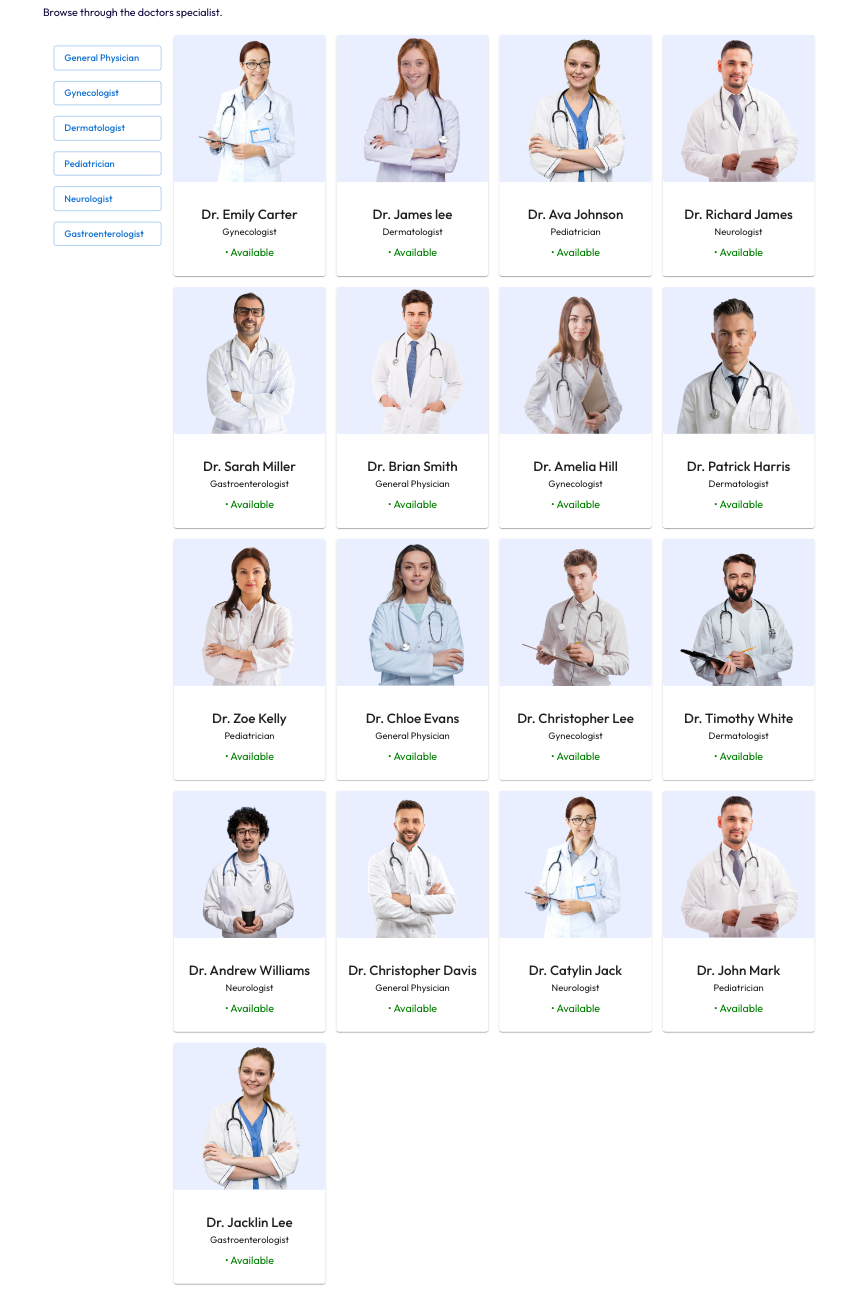
Repository: Ali-Dmerdash/DEPI_GRAD
Page: /
The author's editor kept a copy of each file at every save. The page is drawn from the files as they stood at one save, then again after the next save.
The browser window is 1280 px wide. The pictures show the whole page, at 67% of full size.
The project was rebuilt for these pictures with package versions that can differ from the ones it lists, and the page was loaded fresh each time. Also part of the build but not shown: vite.config.ts.

Above is the page before, as saved 2024-10-05 22:39:20.

### src/App.tsx
import "./App.css";
import "react-router-dom";
import { library } from "@fortawesome/fontawesome-svg-core";
import { fab } from "@fortawesome/free-brands-svg-icons";
import { fas } from "@fortawesome/free-solid-svg-icons";
import { far } from "@fortawesome/free-regular-svg-icons";
import Doctors from "./pages/doctors/index.tsx";

function App() {
  return (
    <>
      <Doctors />
    </>
  );
}

export default App;
library.add(fab, fas, far);

### src/index.css
@import url("https://fonts.googleapis.com/css2?family=Outfit:wght@100..900&display=swap");

body {
  font-family: "Outfit", sans-serif;
  color: var(--text-color);
}

:root {
  --primary-color: #07456f;
  --secondary-color: #009f9d;
  --text-color: #0f0a3c;
  --card-button-color: #ace6f6;
  --border-color: #adadad;
}

### src/App.css
@import "./App.css";

body {
  color: var(--text-color);
}

### src/pages/doctors/index.tsx
import React, { useState } from "react";
import {
  Container,
  Grid,
  Card,
  CardContent,
  Typography,
  Box,
  CardMedia,
  Button,
} from "@mui/material";

interface Doctor {
  id: number;
  name: string;
  specialization: string;
  image: string;
  available?: boolean;
}

const doctors: Doctor[] = [
  {
    id: 1,
    name: "Dr. Emily Carter",
    specialization: "Gynecologist",
    image: "/src/pages/doctors/DEPI-React/file (2) 1.png",
    available: true,
  },
  {
    id: 2,
    name: "Dr. James lee",
    specialization: "Dermatologist",
    image: "/src/pages/doctors/DEPI-React/file (2) 2.png",
    available: true,
  },
  {
    id: 3,
    name: "Dr. Ava Johnson",
    specialization: "Pediatrician",
    image: "/src/pages/doctors/DEPI-React/file (2) 3.png",
    available: true,
  },
  {
    id: 4,
    name: "Dr. Richard James",
    specialization: "Neurologist",
    image: "/src/pages/doctors/DEPI-React/file (3) 1.png",
    available: true,
  },
  {
    id: 5,
    name: "Dr. Sarah Miller",
    specialization: "Gastroenterologist",
    image: "/src/pages/doctors/DEPI-React/file (3) 2.png",
    available: true,
  },
  {
    id: 6,
    name: "Dr. Brian Smith",
    specialization: "General Physician",
    image: "/src/pages/doctors/DEPI-React/file (3) 3.png",
    available: true,
  },
  {
    id: 7,
    name: "Dr. Amelia Hill",
    specialization: "Gynecologist",
    image: "/src/pages/doctors/DEPI-React/file (4) 1.png",
    available: true,
  },
  {
    id: 8,
    name: "Dr. Patrick Harris",
    specialization: "Dermatologist",
    image: "/src/pages/doctors/DEPI-React/file (4) 2.png",
    available: true,
  },
  {
    id: 9,
    name: "Dr. Zoe Kelly",
    specialization: "Pediatrician",
    image: "/src/pages/doctors/DEPI-React/file (4) 3.png",
    available: true,
  },
  {
    id: 10,
    name: "Dr. Chloe Evans",
    specialization: "General Physician",
    image: "/src/pages/doctors/DEPI-React/file (4) 4.png",
    available: true,
  },
  {
    id: 11,
    name: "Dr. Christopher Lee",
    specialization: "Gynecologist",
    image: "/src/pages/doctors/DEPI-React/file (5) 1.png",
    available: true,
  },
  {
    id: 12,
    name: "Dr. Timothy White",
    specialization: "Dermatologist",
    image: "/src/pages/doctors/DEPI-React/file (5) 2.png",
    available: true,
  },
  {
    id: 13,
    name: "Dr. Andrew Williams",
    specialization: "Neurologist",
    image: "/src/pages/doctors/DEPI-React/file (5) 3.png",
    available: true,
  },
  {
    id: 14,
    name: "Dr. Christopher Davis",
    specialization: "General Physician",
    image: "/src/pages/doctors/DEPI-React/file (5) 4.png",
    available: true,
  },
  {
    id: 15,
    name: "Dr. Catylin Jack",
    specialization: "Neurologist",
    image: "/src/pages/doctors/DEPI-React/file (2) 1.png",
    available: true,
  },
  {
    id: 16,
    name: "Dr. John Mark",
    specialization: "Pediatrician",
    image: "/src/pages/doctors/DEPI-React/file (3) 1.png",
    available: true,
  },
  {
    id: 17,
    name: "Dr. Jacklin Lee",
    specialization: "Gastroenterologist",
    image: "/src/pages/doctors/DEPI-React/file (2) 3.png",
    available: true,
  },
];

const specializations = [
  "General Physician",
  "Gynecologist",
  "Dermatologist",
  "Pediatrician",
  "Neurologist",
  "Gastroenterologist",
];

const Doctors: React.FC = () => {
  const [selectedSpecialization, setSelectedSpecialization] = useState<
    string | null
  >(null);

  const handleSpecializationClick = (specialization: string) => {
    setSelectedSpecialization(
      selectedSpecialization === specialization ? null : specialization
    );
  };

  const filteredDoctors = selectedSpecialization
    ? doctors.filter(
        (doctor) => doctor.specialization === selectedSpecialization
      )
    : doctors;

  return (
    <Container maxWidth="lg">
      <Grid item xs={12} md={12} mb={3}>
        Browse through the doctors specialist.
      </Grid>
      <Grid container spacing={2}>
        <Grid item xs={12} md={2}>
          <Box
            sx={{
              padding: 2,
              marginBottom: 2,
              width: "90%",
            }}
          >
            {specializations.map((specialization) => (
              <Button
                key={specialization}
                onClick={() => handleSpecializationClick(specialization)}
                variant={
                  selectedSpecialization === specialization
                    ? "contained"
                    : "outlined"
                }
                fullWidth
                sx={{
                  marginBottom: 2,
                  justifyContent: "flex-start",
                  textTransform: "none",
                }}
              >
                {specialization}
              </Button>
            ))}
          </Box>
        </Grid>

        <Grid item xs={12} md={10}>
          <Grid container spacing={2}>
            {filteredDoctors.map((doctor) => (
              <Grid item xs={12} md={3} key={doctor.id}>
                <Card
                  sx={{
                    transition: "transform 0.2s",
                    "&:hover": {
                      transform: "scale(1.05)",
                      boxShadow: "0 4px 20px rgba(0,0,0,0.3)",
                    },
                  }}
                >
                  <CardMedia
                    component="img"
                    image={doctor.image}
                    alt={doctor.name}
                    sx={{
                      width: "100%",
                      height: "220px",
                      objectFit: "scale-down",
                      borderRadius: "5px",
                      backgroundColor: "#eaefff",
                    }}
                  />
                  <CardContent>
                    <Typography variant="h6" align="center" sx={{ mt: 2 }}>
                      {doctor.name}
                    </Typography>
                    <Typography variant="body2" align="center" sx={{ mb: 1 }}>
                      {doctor.specialization}
                    </Typography>
                    {doctor.available && (
                      <Typography color="green" align="center">
                        &bull; Available
                      </Typography>
                    )}
                  </CardContent>
                </Card>
              </Grid>
            ))}
          </Grid>
        </Grid>
      </Grid>
    </Container>
  );
};

export default Doctors;

Loaded but not shown: index.html (common file); src/main.tsx (common file)

After the next save:
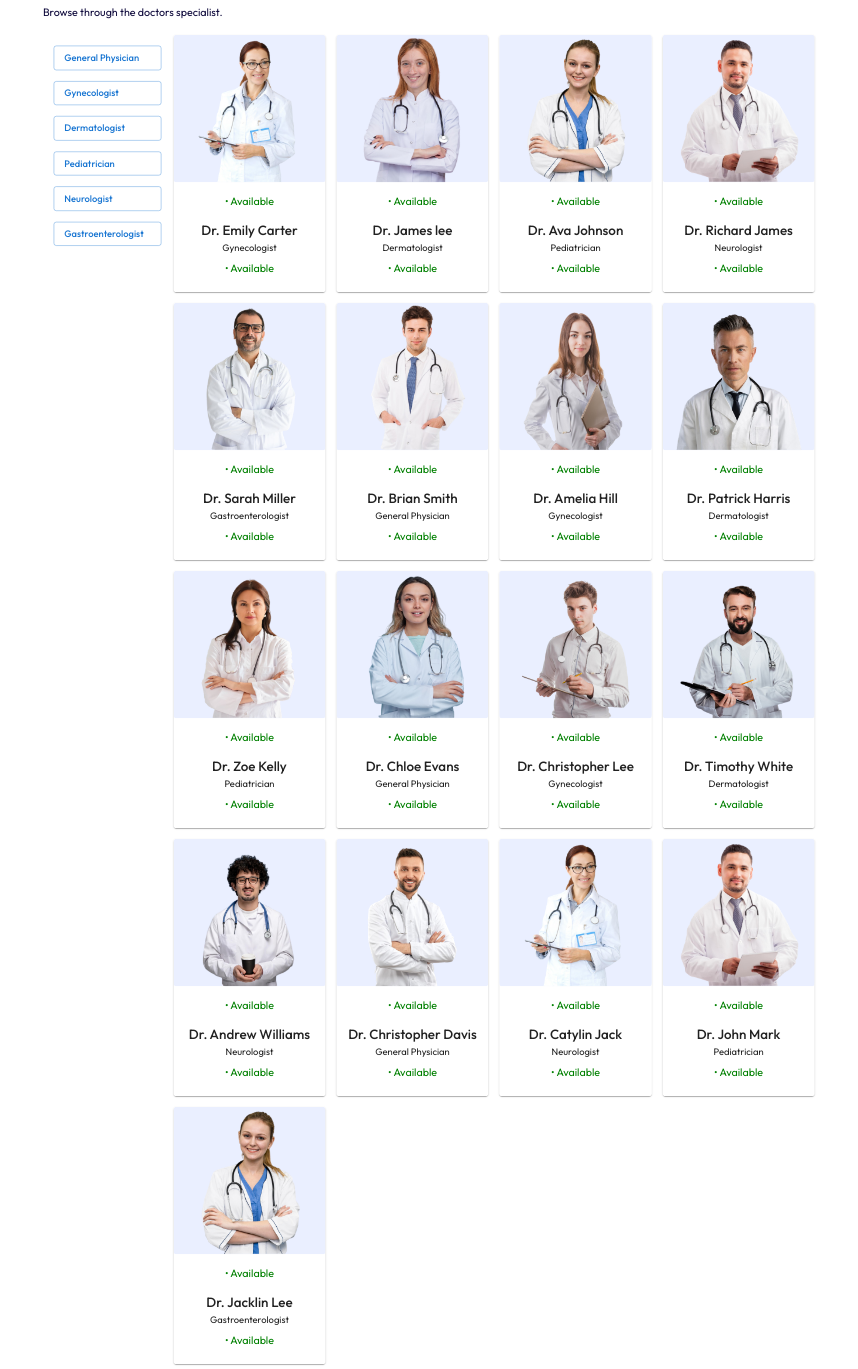
Saved 4 min 58 s later.
--- a/src/pages/doctors/index.tsx
+++ b/src/pages/doctors/index.tsx
@@ -228,6 +228,11 @@ const Doctors: React.FC = () => {
                     }}
                   />
                   <CardContent>
+                    {doctor.available && (
+                      <Typography color="green" align="center">
+                        &bull; Available
+                      </Typography>
+                    )}
                     <Typography variant="h6" align="center" sx={{ mt: 2 }}>
                       {doctor.name}
                     </Typography>
